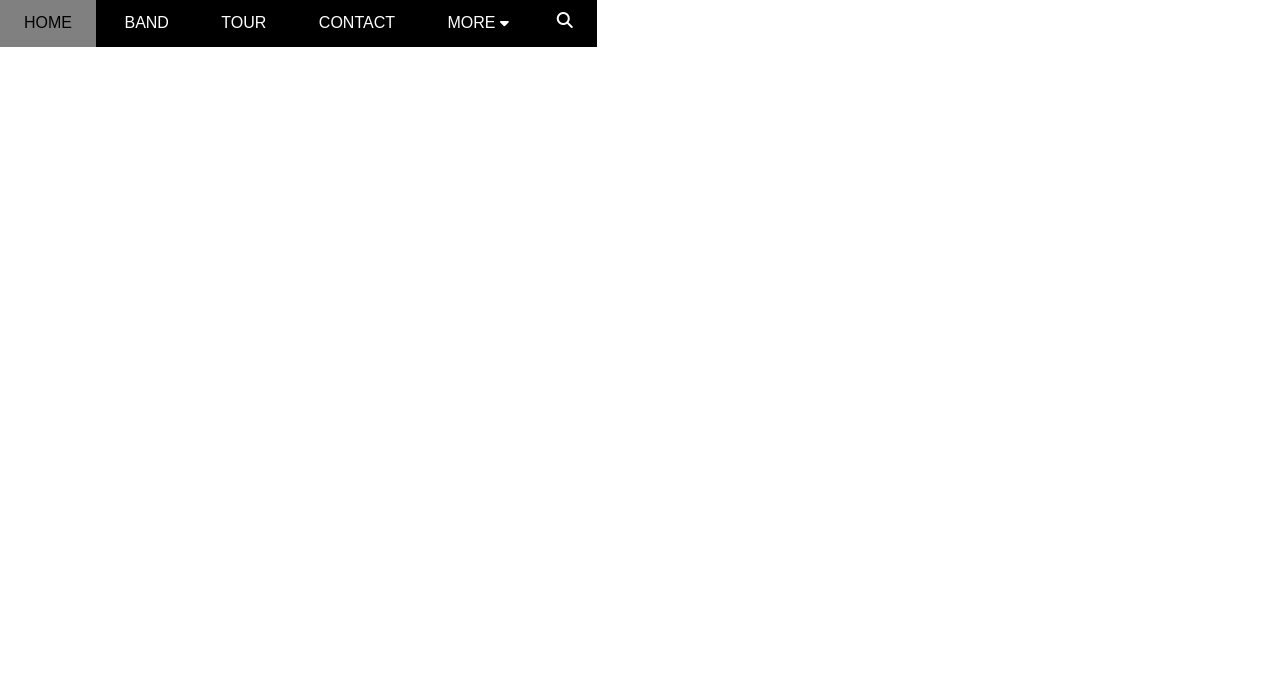
Repository: ngotranphuongbao/theband
Page: index.html
An editor plug-in stored every save of this project. The page is shown before and after the next save, followed by the edit.
The browser window is 1280 px wide. The pictures show the whole page.
Some web libraries are served in a nearby version.

Above is the page before, as saved 2022-12-21 07:39:28.

After the next save:
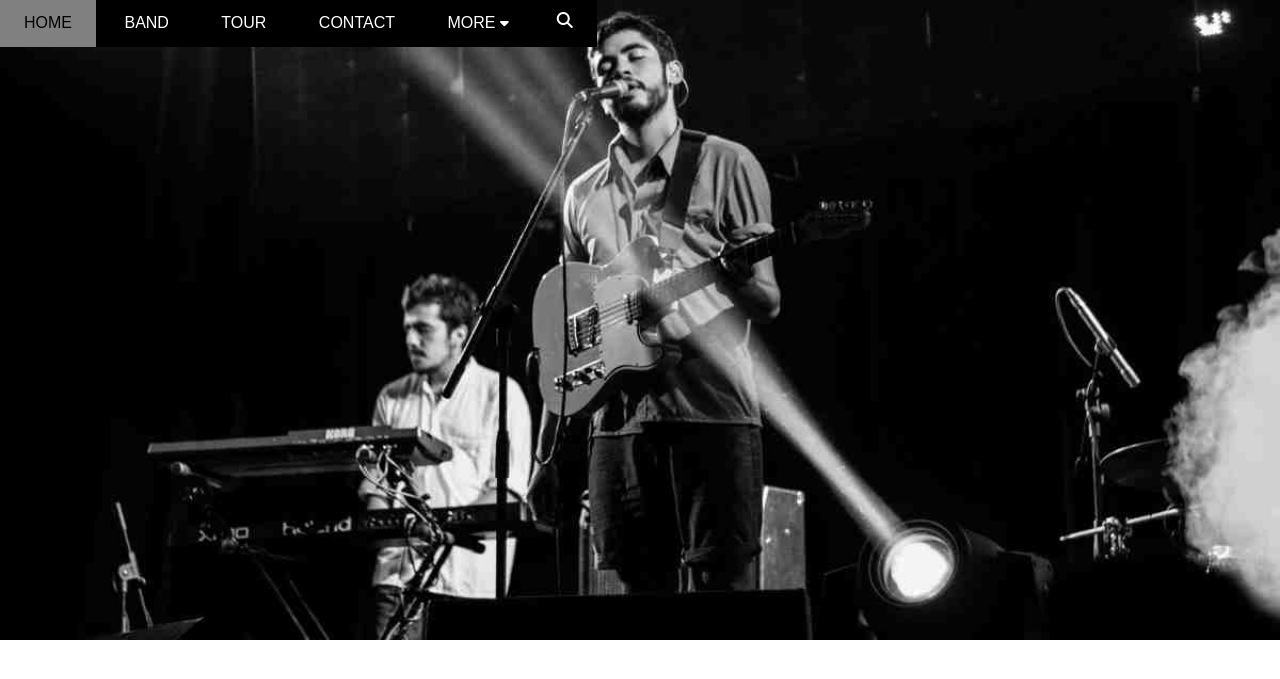
Saved 46 s later.
--- a/assets/css/style.css
+++ b/assets/css/style.css
@@ -90,6 +90,7 @@ html {
 
 #slider {
     padding-top: 50%;
+    background: url(/assets/image/slider/chicago.jpg) top center / cover no-repeat;
 
 }
 
